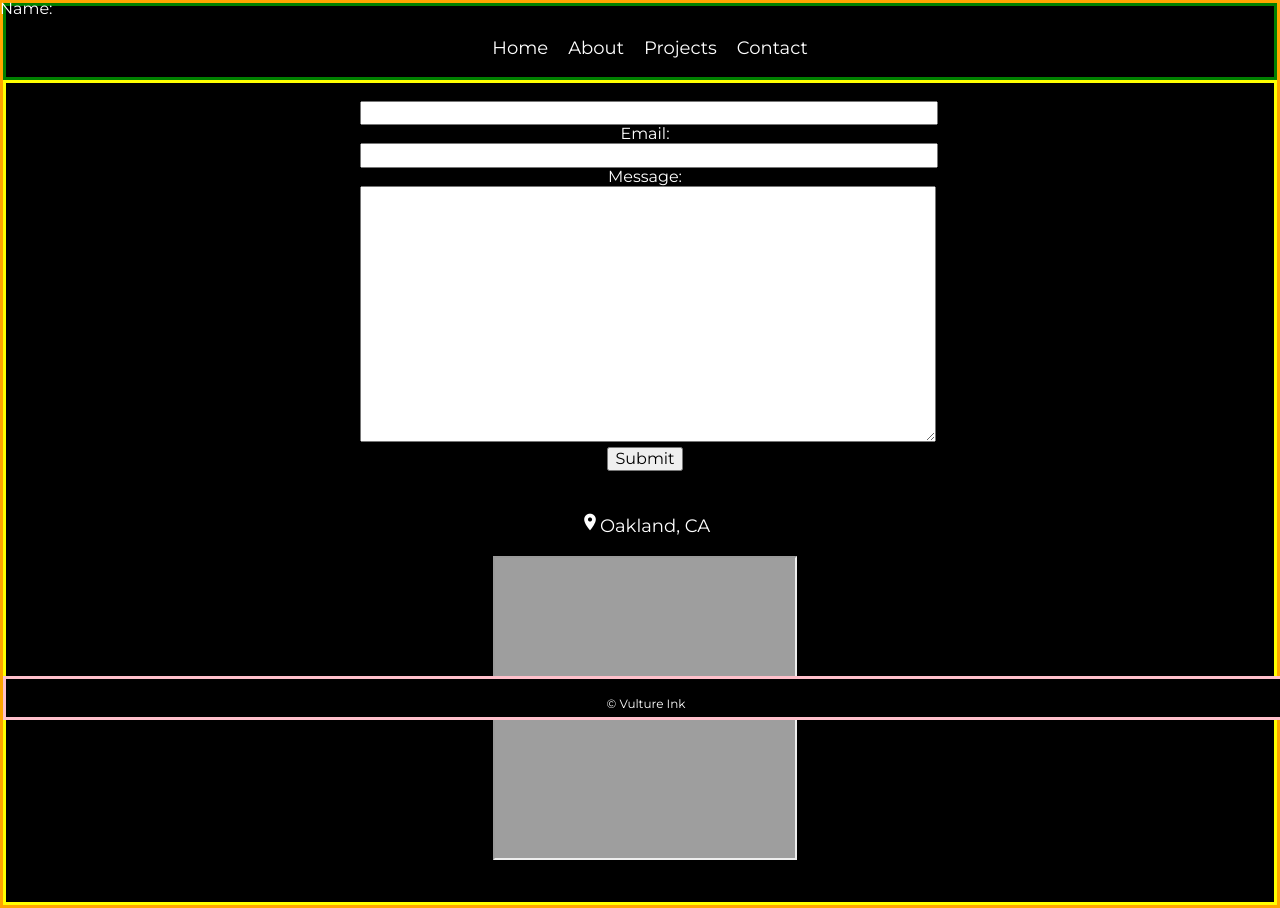
Repository: kaitlynMidori/anon_ink
Page: pages/Contact.html
The author's editor kept a copy of each file at every save. The page is drawn from the files as they stood at one save, then again after the next save.
The browser window is 1280 px wide. The pictures show the whole page.
Pictures or frames that could not be fetched are drawn as grey boxes. Some web libraries are served in a nearby version.

Above is the page before, as saved 2021-09-07 13:41:20.

After the next save:
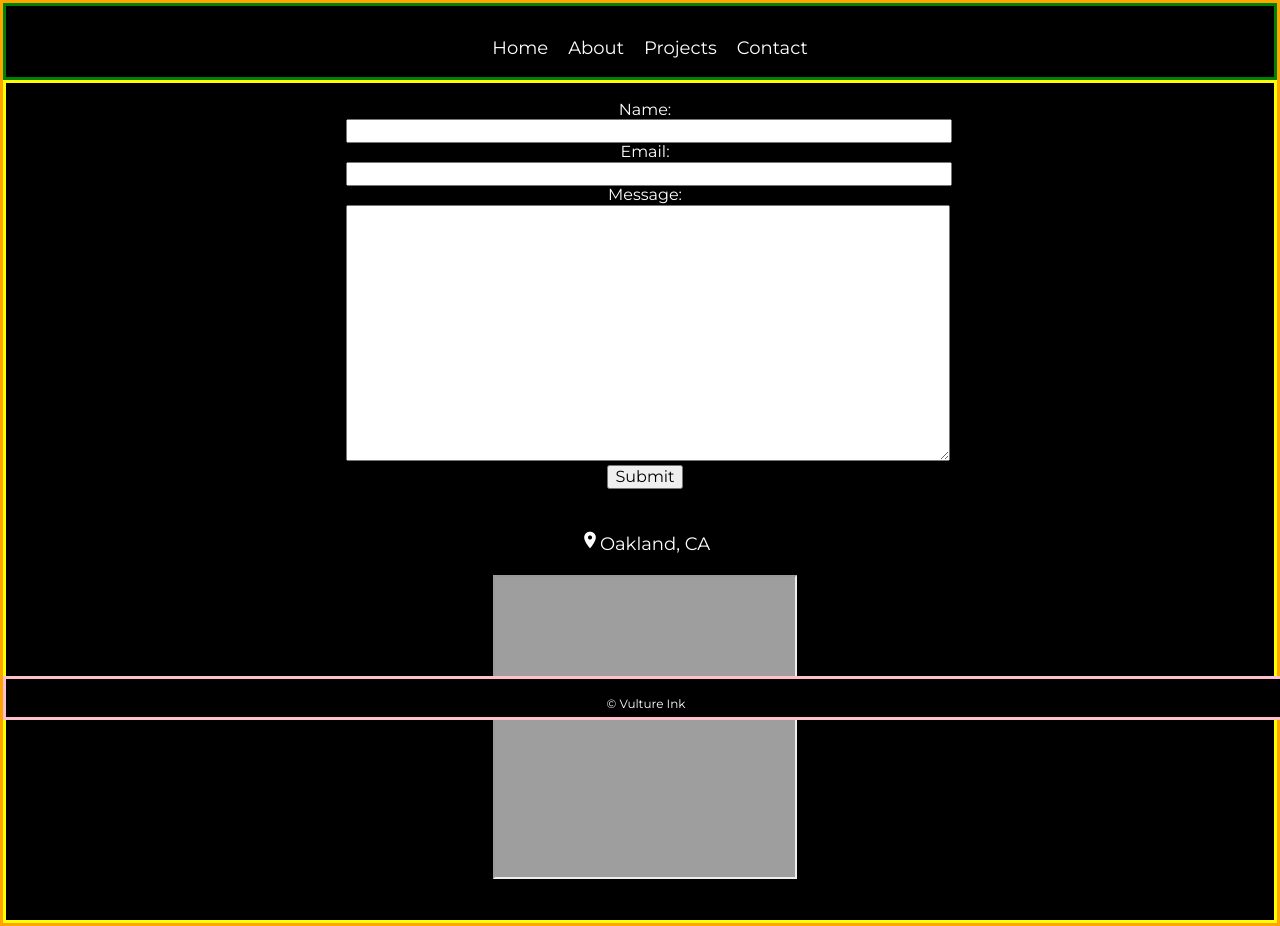
Saved 10 s later.
--- a/style.css
+++ b/style.css
@@ -490,14 +490,3 @@ body {
   form textarea {
     height: 250px;
   }
-
- label.user-name {
-    top: 0;
-    left: 0;
-    position: absolute;
-  }
-
-  form {
-    display: block;
-    margin-top: 0em;
-  }
